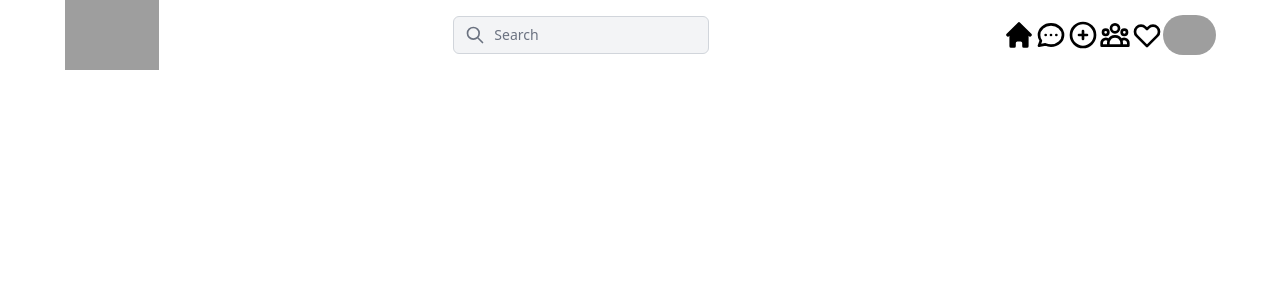
Repository: Qu4ntumGuy/insta-clone
Page: /
An editor plug-in stored every save of this project. The page is shown before and after the next save, followed by the edit.
The browser window is 1280 px wide. The pictures show the whole page.
Pictures or frames that could not be fetched are drawn as grey boxes. The project was rebuilt for these pictures with package versions that can differ from the ones it lists, and the page was loaded fresh each time. The framework's server and built-in components were replaced by stand-ins that run in the browser. Also part of the build but not shown: next.config.js.

Above is the page before, as saved 2022-03-16 13:09:14.

### pages/index.js
import Head from "next/head";
import Header from "../components/Header";

export default function Home() {
  return (
    <div className="">
      <Head>
        <title>Instagram 2.0</title>
        <link rel="icon" href="/favicon.ico" />
      </Head>
      <Header />
    </div>
  );
}

### components/Header.js
import Image from "next/image";
import {
  SearchIcon,
  PlusCircleIcon,
  UserGroupIcon,
  HeartIcon,
  CameraIcon,
  ChatIcon,
  MenuIcon,
} from "@heroicons/react/outline";
import { HomeIcon } from "@heroicons/react/solid";

const Header = () => {
  return (
    <div className="mx-5">
      <div className="flex justify-between max-w-6xl lg:mx-auto">
        <div className="relative hidden md:inline-grid w-24 cursor-pointer">
          <Image
            src="https://logos-world.net/wp-content/uploads/2020/04/Instagram-Logo.png"
            layout="fill"
            objectFit="contain"
          />
        </div>

        <div className="md:hidden flex items-center">
          <CameraIcon className=" absolute h-8 w-8" />
        </div>

        <div className=" max-w-xs">
          <div className=" relative m-1 p-3 rounded-md">
            <div className=" absolute inset-y-0  pl-3 flex items-center">
              <SearchIcon className=" h-5 w-5 text-gray-500" />
            </div>
            <input
              className="bg-gray-100 rounded-md block w-full pl-10 sm: text-sm
            border-gray-300 focus:ring-black focus:border-black"
              type="text"
              placeholder="Search"
            />
          </div>
        </div>
        <div className="flex items-center">
          <HomeIcon className=" h-8 w-8" />
          <ChatIcon className=" h-8 w-8" />
          <PlusCircleIcon className=" h-8 w-8" />
          <UserGroupIcon className="h-8 w-8" />
          <HeartIcon className=" h-8 w-8 " />
          <img
            className=" relative h-10 rounded-full"
            src="https://upload.wikimedia.org/wikipedia/commons/thumb/2/2a/Instagram_logo.svg/840px-Instagram_logo.svg.png"
            alt="Profile"
          />
        </div>
      </div>
    </div>
  );
};

export default Header;

Loaded but not shown: pages/_app.js (common file); styles/globals.css (common file); tailwind.config.js (common file)

After the next save:
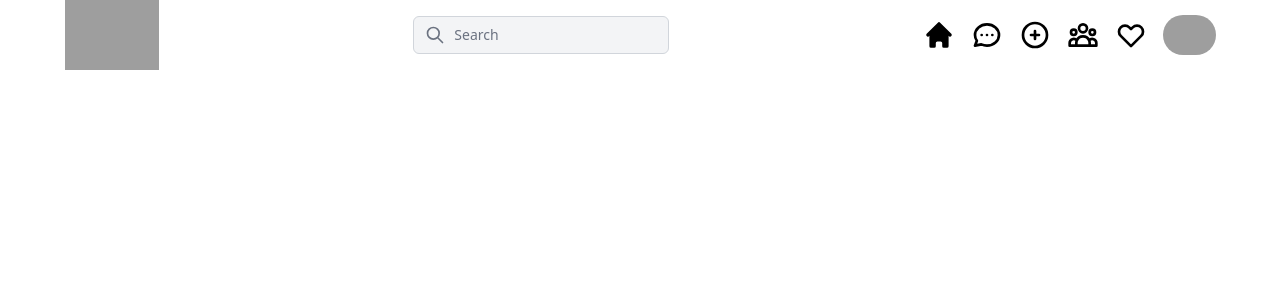
Saved 102 s later.
--- a/components/Header.js
+++ b/components/Header.js
@@ -39,7 +39,7 @@ const Header = () => {
             />
           </div>
         </div>
-        <div className="flex items-center">
+        <div className="flex items-center space-x-4">
           <HomeIcon className=" h-8 w-8" />
           <ChatIcon className=" h-8 w-8" />
           <PlusCircleIcon className=" h-8 w-8" />
